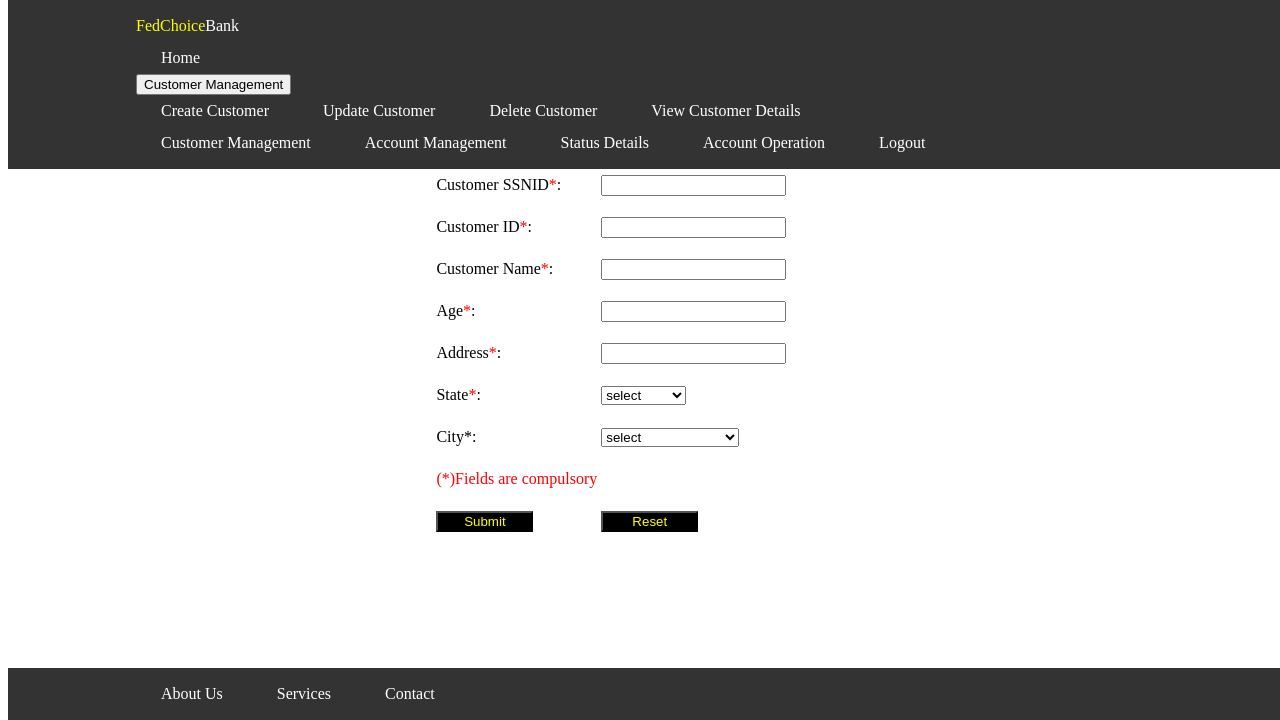
Repository: gopikavinod/RBM
Page: http://localhost/Retail_Bank_Management/userLogged.jsp
The author's editor kept a copy of each file at every save. The page is drawn from the files as they stood at one save, then again after the next save.
The browser window is 1280 px wide. The pictures show the whole page.
The page is served by Tomcat 9.

Above is the page before, as saved 2020-06-16 08:22:04.

After the next save:
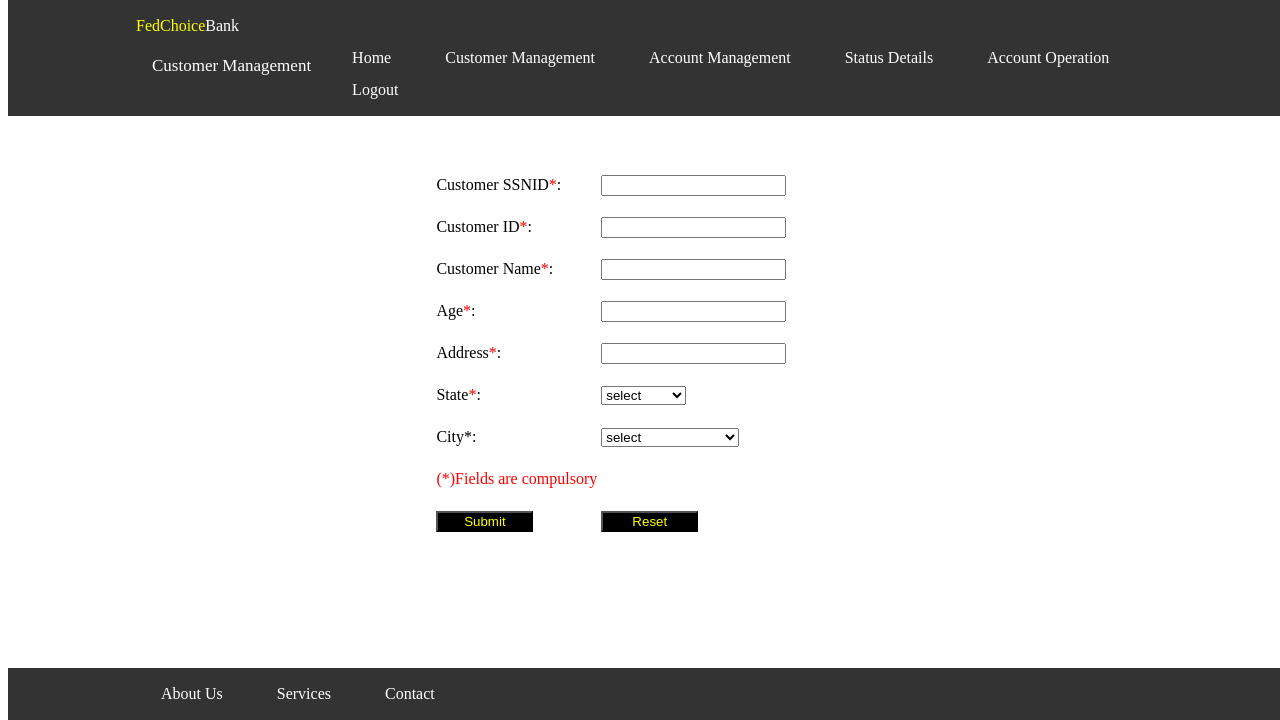
Saved 94 s later.
--- a/eclipse-workspace/Retail Bank Management/WebContent/userLogged.jsp
+++ b/eclipse-workspace/Retail Bank Management/WebContent/userLogged.jsp
@@ -70,6 +70,53 @@
     {
     color: red;
     }
+    .dropdown {
+  float: left;
+  overflow: hidden;
+}
+.dropdown .dropbtn {
+  font-size: 17px;
+  border: none;
+  outline: none;
+  color: white;
+  padding: 14px 16px;
+  background-color: inherit;
+  font-family: inherit;
+  margin: 0;
+}
+
+.dropdown-content {
+  display: none;
+  position: absolute;
+  background-color: #f9f9f9;
+  min-width: 160px;
+  box-shadow: 0px 8px 16px 0px rgba(0,0,0,0.2);
+  z-index: 1;
+}
+
+.dropdown-content a {
+  float: none;
+  color: black;
+  padding: 12px 16px;
+  text-decoration: none;
+  display: block;
+  text-align: left;
+}
+
+.topnav a:hover, .dropdown:hover .dropbtn {
+  background-color: #555;
+  color: white;
+}
+
+.dropdown-content a:hover {
+  background-color: #ddd;
+  color: black;
+}
+
+.dropdown:hover .dropdown-content {
+  display: block;
+}
+
 </style>
 </head>
 <body>
